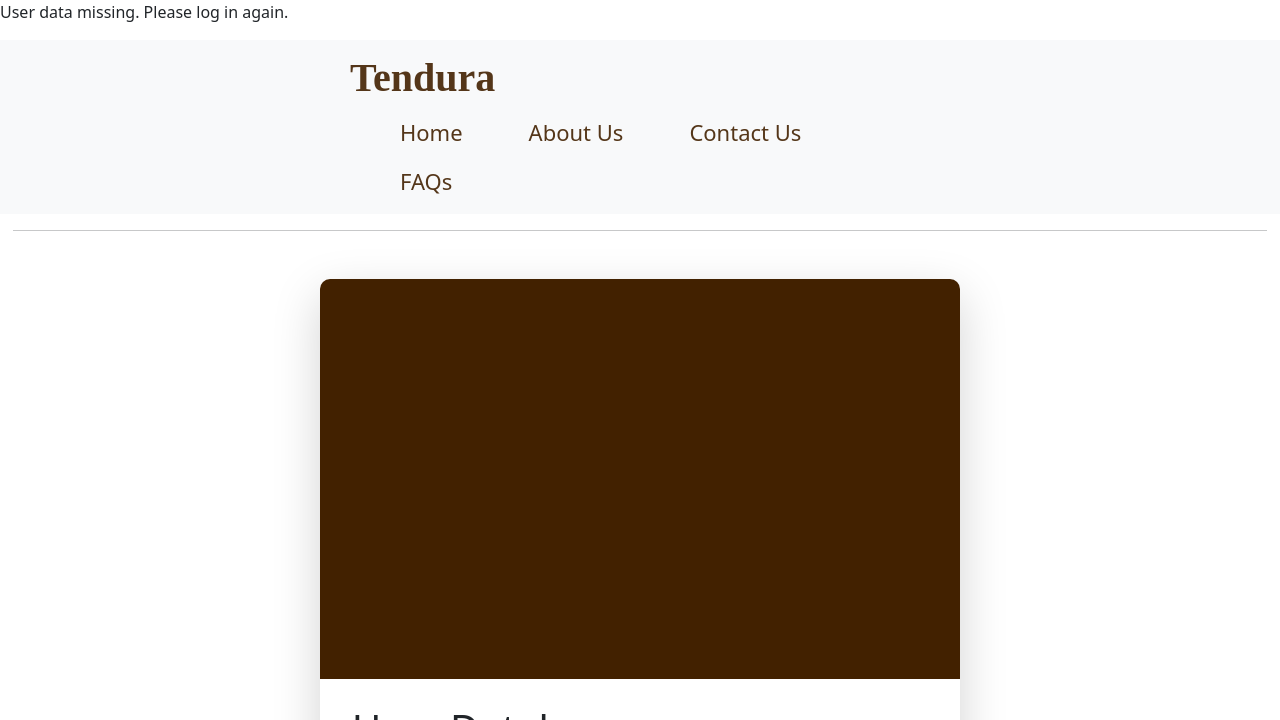
Repository: Starboy117/OOP-Project
Page: http://localhost/Online_Hotel_Reservation_System/userProfile.jsp
These files come from the project's save history. The page is drawn as it stood at one moment and after the next save; the edit follows.
The browser window is 1280 px wide. The pictures show the whole page.
An inner scrolling area shows only its first screen. The page is served by Tomcat 9. The session is filled in as if someone had signed in: {"userId": 1, "name": "Test User"}.

Above is the page before, as saved 2025-05-07 15:25:28.

After the next save:
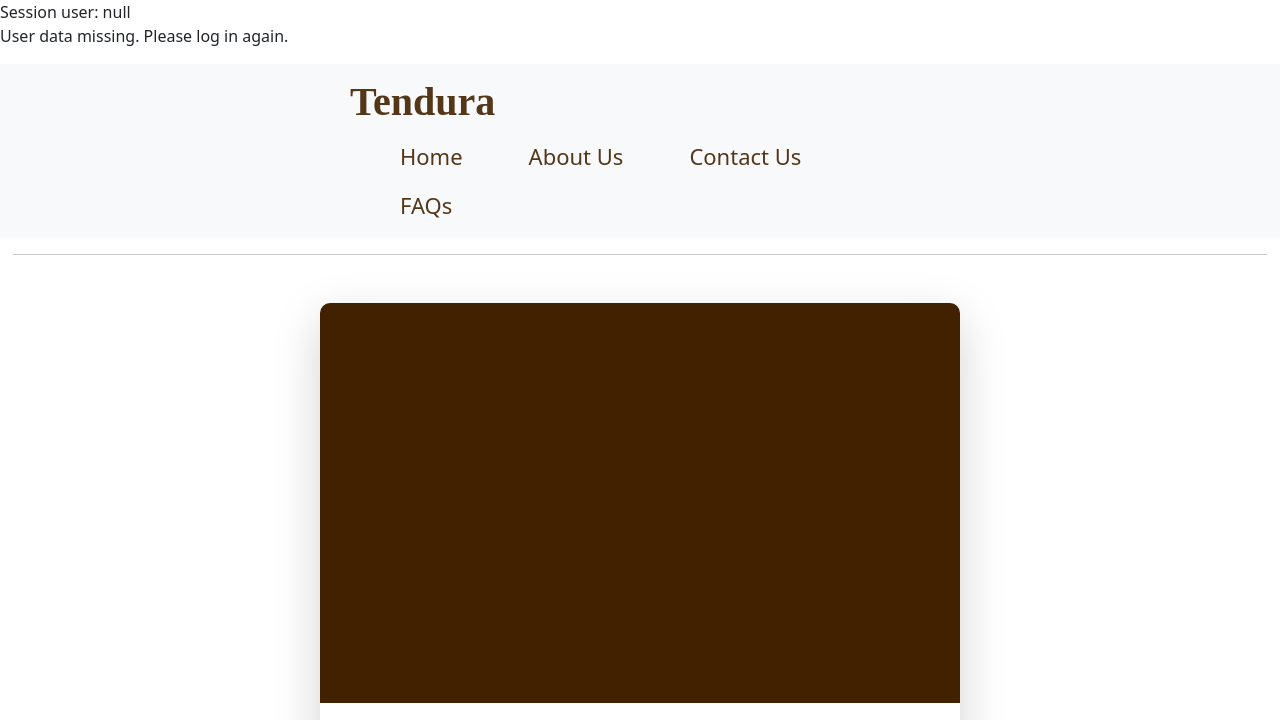
Saved 2 min 32 s later.
--- a/Online_Hotel_Reservation_System/src/main/webapp/userProfile.jsp
+++ b/Online_Hotel_Reservation_System/src/main/webapp/userProfile.jsp
@@ -10,6 +10,9 @@
 		return;
 	}
 %>
+
+<% out.println("Session user: " + session.getAttribute("user")); %>
+
 <c:if test="${empty sessionScope.user.name}">
     <p>User data missing. Please log in again.</p>
 </c:if>
